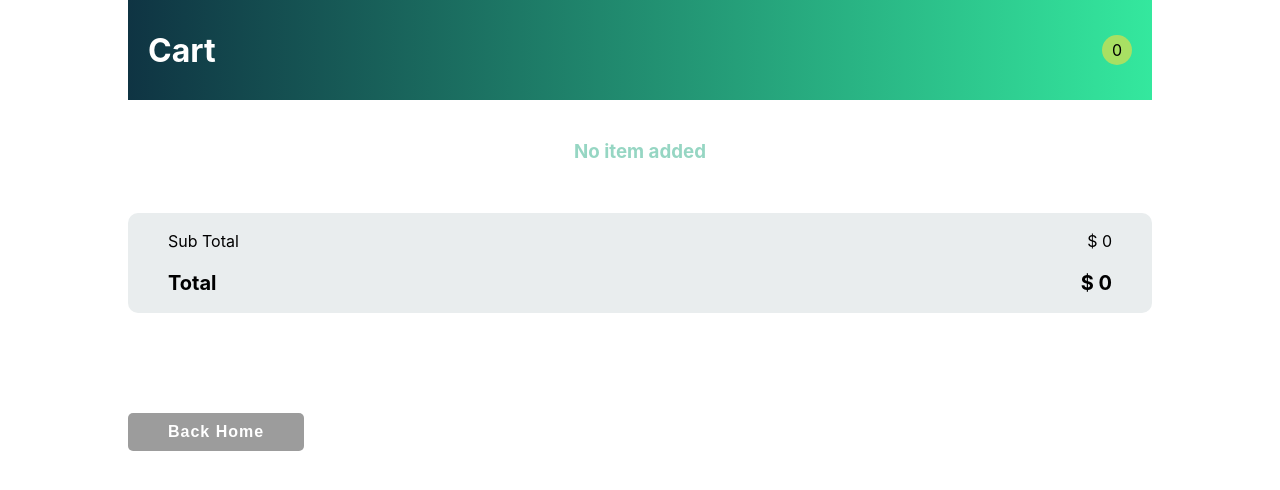
Repository: Yowani24/CarbonApp
Page: /cart
An editor plug-in stored every save of this project. The page is shown before and after the next save, followed by the edit.
The browser window is 1280 px wide. The pictures show the whole page.
The project was rebuilt for these pictures with package versions that can differ from the ones it lists, and the page was loaded fresh each time. The framework's server and built-in components were replaced by stand-ins that run in the browser. Also part of the build but not shown: next.config.js.

Above is the page before, as saved 2021-09-27 15:45:57.

### pages/_app.js
import { useState } from 'react';
import '../styles/globals.css'
import { CreditProvider } from './products/CreditList'

function MyApp({ Component, pageProps }) {
  return (
    <CreditProvider>
      <Component {...pageProps} />
    </CreditProvider>
  );
}

export default MyApp

### pages/cart/index.js
import React from 'react';
import Head from 'next/head'

import styles from './Cart.module.css'
import Link from 'next/link'

import { CreditList } from '../products/CreditList'
import { useContext } from 'react'

export default function Cart(props) {
    const {cartContent, onAdd, onRemove} = useContext(CreditList);
    const [cartItems, setCartItems] = cartContent;
    const itemPrice = cartItems.reduce((a, c) => a + c.price *c.quantity , 0);
    const total = itemPrice;
    return (
        <>
          <Head>
              <title>Cart</title>
          </Head>
          <header>
              <div className={styles.interface}>
                    <div className={styles.header_content}>
                        <h1>Cart</h1>
                        <p>{cartItems.length}</p>
                    </div>
              </div>
          </header>

          <section>
              <div className={styles.interface}>
                  <div className={styles.boxes}>
                      <h3 className={styles.noItemInCart}>{cartItems.length === 0 && <p>No item added</p>}</h3>
                      {cartItems.map(item => (
                          <div className={styles.content_box} key={item.id}>
                          <div className={styles.box}>
                              <h3>{item.product}</h3>
                          </div>

                          <div className={styles.product_details}>
                            <div className={styles.description}>
                                <p>{item.product} - {item.id}</p>
                                <p>{item.description}</p>
                            </div>

                            <div className={styles.details_wrapper}>
                                <div className={styles.quantity_controls}>
                                    <button onClick={() => onRemove(item)}>-</button>
                                    <button onClick={() => onAdd(item)}>+</button>
                                </div>

                                <div className={styles.current_money}>
                                    <p>{item.quantity}</p>
                                    <span>x</span>
                                    <p>$ {item.price}</p>
                                </div>
                            </div>
                          </div>
                      </div>
                      ))}
                  </div>

                  <div className={styles.total_to_pay_box}>
                      <span>
                          <p>Sub Total</p>
                          <p>$ {itemPrice}</p>
                      </span>
                      <span>
                          <p>Total</p>
                          <p>$ {total}</p>
                      </span>
                  </div>

                  <div className={styles.button_box}>
                      <Link href="/"><button>Back Home</button></Link>
                      {cartItems.length > 0 && <Link href="/payment"><button>Continue</button></Link>}

                  </div>
              </div>
          </section>
        </>
    )
}

### styles/globals.css
html,
body {
  padding: 0;
  margin: 0;
  font-family: -apple-system, BlinkMacSystemFont, Segoe UI, Roboto, Oxygen,
    Ubuntu, Cantarell, Fira Sans, Droid Sans, Helvetica Neue, sans-serif;
}

a {
  color: inherit;
  text-decoration: none;
}

* {
  margin: 0;
  box-sizing: border-box;
}

### pages/products/CreditList.js
import React, { useState, createContext } from 'react';

export const CreditList = createContext();

export const CreditProvider = (props) => {
    const [credit, setCredit] = useState([
        {
            id: '1',
            product: 'Carbon Credit',
            price: 120,
            description: 'More details goes here like description'
        },
        {
            id: '2',
            product: 'Carbon Credit',
            price: 120,
            description: 'More details about the product'
        },
        {
            id: '3',
            product: 'Carbon Credit',
            price: 120,
            description: 'More details for the item'
        },
        {
            id: '4',
            product: 'Carbon Credit',
            price: 120,
            description: 'More details to provide about carb cred',
        }

    ]);

    const [cartItems, setCartItems] = useState([]);

    const onAdd = (credit) => {
        const exist = cartItems.find((x) => x.id === credit.id);
        if(exist) {
            setCartItems(cartItems.map((x) => x.id === credit.id ? {...exist, quantity: exist.quantity + 1} : x));
        }else{
            setCartItems([...cartItems, {...credit, quantity: 1}])
        }
    }

    const onRemove = (credit) => {
        const exist = cartItems.find((x) => x.id === credit.id);
        if(exist.quantity === 1) {
            setCartItems(cartItems.filter((x) => x.id !== credit.id));
        }else{
            setCartItems(cartItems.map((x) => x.id === credit.id ? {...exist, quantity: exist.quantity - 1} : x));
        }
    }

    return (
        <CreditList.Provider value={{credits:[credit, setCredit], cartContent:[cartItems, setCartItems], onAdd: onAdd, onRemove:onRemove }}>
            {props.children}
        </CreditList.Provider>
    );
}

### pages/cart/Cart.module.css
.interface{
    width: 80%;
    margin: 0 auto;
}

@media (max-width: 780px){
    .interface{
        width: 100%;
    }
}

/* =================HEADER================ */

.header_content{
    display: flex;
    justify-content: space-between;
    align-items: center;
    height: 100px;
    padding: 0 20px;

    background: #34e89e;
    background: -webkit-linear-gradient(to right, #0f3443, #34e89e);
    background: linear-gradient(to right, #0f3443, #34e89e);
}
.header_content h1{
    color: #FFFFFF;
}
.header_content p{
    display: flex;
    justify-content: center;
    align-items:center;
    width: 30px;
    height: 30px;
    border-radius: 100%;
    background: #a8e063;
}

@media (max-width:415px){
    .header_content{
        height: 80px;
    }
}

/* ============================== */
.boxes{
    margin-top: 40px;
}
.noItemInCart{
    text-align: center;
    color: #96d6c3;
}
.content_box{
    width: 100%;
    height: 120px;
    background:rgb(233, 237, 238);
    border-radius: 10px;

    display: flex;
    align-items:center;
    margin: 15px 0;
}
.box{
    width: 120px;
    height: 100%;
    border-radius: 10px;

    background: #00467F;
    background: -webkit-linear-gradient(to right, #56ab2f , #a8e063);
    background: linear-gradient(to right, #56ab2f , #a8e063);


    display: flex;
    justify-content: center;
    align-items: center;
}
.box h3{
    font-size: 25px;
    width: 100px;
    color: azure;
}
.product_details{
    display: flex;
    justify-content: space-between;
    align-items: center;
    width: 80%;
    margin: 0 auto;
    color: hsl(0, 2%, 26%);
}
.description p:nth-child(2){
    margin-top: 5px;
    font-size: 14px;
}
.details_wrapper{
    width: 60%;

    display: flex;
    align-items: center;
    justify-content: space-between;
}
.quantity_controls button{
    border: none;
    padding: 5px 20px;
    margin: 0 5px;
    border-radius: 5px;
    font-size: 16px;
    background: rgb(204, 200, 200);
    cursor: pointer;
}
.quantity_controls button:active{
    background: rgb(148, 146, 146);
}
.current_money{
    display: flex;
    font-size: 16px;
    font-weight: bold;
}
.current_money span{
    padding: 0 20px;
}

@media (max-width: 780px){
    .content_box{
        height: 120px;
        width: 90%;
        margin: 15px auto;
    }
    .details_wrapper{
        width: 50%;
        margin: 0 auto;
        margin-top: 10px;
    }
}
@media (max-width: 415px){
    .content_box{
        height: 80px;
    }
    .box{
        width: 80px;
    }
    .box h3{
        font-size: 16px;
        width: 60px;
        color: azure;
    }

    .product_details{
        justify-content: center;
        flex-direction: column;
        width: 60%;
    }
    .description{
        width: 100%;
    }
    .description p:first-child{
        font-size: 14px;
    }
    .description p:nth-child(2){
        margin-top: 2px;
        font-size: 9px;
    }
    .details_wrapper{
        width: 100%;
        margin-top: 10px;
    }
    .quantity_controls button{
        padding: 5px 10px;
    }
    .current_money span{
        padding: 0 5px;
    }
}


/* ==================================== */

.total_to_pay_box{
    width: 100%;
    height: 100px;
    background:rgb(233, 237, 238);
    border-radius: 10px;

    display: flex;
    flex-direction: column;
    justify-content: center;
    margin-top: 50px;
    padding: 0 40px;
}

.total_to_pay_box span{
    display: flex;
    justify-content: space-between;
    margin: 10px 0;
}
.total_to_pay_box span:nth-child(2){
    font-weight: bold;
    font-size: 20px;
}

@media (max-width: 780px){
    .total_to_pay_box{
        height: 100px;
        width: 90%;
        margin: 0 auto;
        margin-top: 50px;
    }
}

@media (max-width: 460px){
    .total_to_pay_box{
        height: 80px;
    }
    .total_to_pay_box span{
        margin: 5px 0;
    }
    .total_to_pay_box span:first-child{
        font-size: 14px;
    }
    .total_to_pay_box span:nth-child(2){
        font-size: 16px;
    }
}



/* ===================================== */


.button_box{
    display: flex;
    justify-content: space-between;
    margin-top: 100px;
    margin-bottom: 50px;
}
.button_box button:first-child{
    background: rgb(156, 156, 156);
}
.button_box button:first-child:hover{
    background: rgb(122, 120, 120);
}
.button_box button:first-child:active{
    background: rgb(187, 184, 184);
}
.button_box button{
    border: none;
    background: green;
    padding: 10px 40px;
    font-size: 16px;
    color: #FFFFFF;
    letter-spacing: 1px;
    border-radius: 5px;
    cursor: pointer;
    transition: .1s;
    font-weight: bold;
}
.button_box button:nth-child(2):hover{
    background: rgb(1, 92, 1);
}
.button_box button:nth-child(2):active{
    background: rgb(13, 131, 13);
}

@media (max-width: 780px){
    .button_box{
        width: 90%;
        margin: 0 auto;
        margin-top: 40px;
        margin-bottom: 50px;
    }
    .button_box button{
        padding: 16px 50px;
        font-size: 16px;
    }
}

@media (max-width: 460px){
    .button_box button{
        padding: 10px 25px;
        font-size: 14px;
    }
}

Loaded but not shown: pages/api/hello.js (common file)

After the next save:
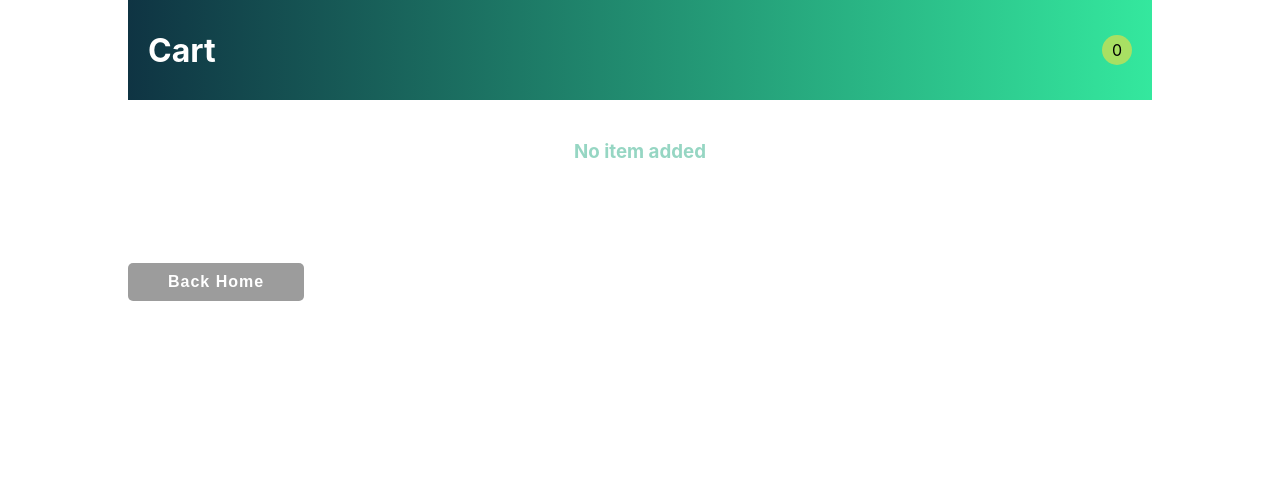
Saved 5 min 12 s later.
--- a/pages/cart/index.js
+++ b/pages/cart/index.js
@@ -59,16 +59,18 @@ export default function Cart(props) {
                       ))}
                   </div>
 
-                  <div className={styles.total_to_pay_box}>
-                      <span>
-                          <p>Sub Total</p>
-                          <p>$ {itemPrice}</p>
-                      </span>
-                      <span>
-                          <p>Total</p>
-                          <p>$ {total}</p>
-                      </span>
-                  </div>
+                  {cartItems.length > 0 &&
+                    <div className={styles.total_to_pay_box}>
+                        <span>
+                            <p>Sub Total</p>
+                            <p>$ {itemPrice}</p>
+                        </span>
+                        <span>
+                            <p>Total</p>
+                            <p>$ {total}</p>
+                        </span>
+                    </div>
+                  }
 
                   <div className={styles.button_box}>
                       <Link href="/"><button>Back Home</button></Link>
